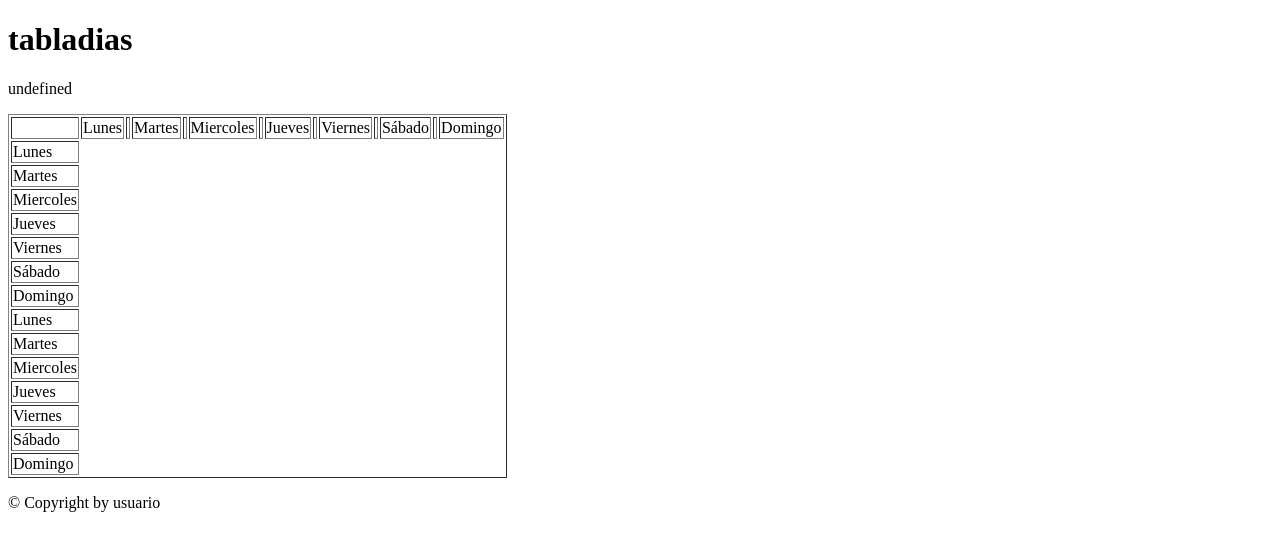
Repository: JMLobato/RolOnline
Page: Aptana Studio 3 Workspace/prueba/tabladias.html
These files come from the project's save history. The page is drawn as it stood at one moment and after the next save; the edit follows.
The browser window is 1280 px wide. The pictures show the whole page.

Above is the page before, as saved 2016-12-05 12:02:45.

### Aptana Studio 3 Workspace/prueba/tabladias.html
<!DOCTYPE html>
<html lang="en">
	<head>
		<meta charset="utf-8">

		<!-- Always force latest IE rendering engine (even in intranet) & Chrome Frame
		Remove this if you use the .htaccess -->
		<meta http-equiv="X-UA-Compatible" content="IE=edge,chrome=1">

		<title>tabladias</title>
		<meta name="description" content="">
		<meta name="author" content="usuario">

		<meta name="viewport" content="width=device-width; initial-scale=1.0">

		<!-- Replace favicon.ico & apple-touch-icon.png in the root of your domain and delete these references -->
		<link rel="shortcut icon" href="/favicon.ico">
		<link rel="apple-touch-icon" href="/apple-touch-icon.png">
		<script type="text/javascript" src="prueba.js"></script>
	</head>

	<body>
		<div>
			<header>
				<h1>tabladias</h1>
			</header>
			<nav>
				<p id="yolo"></p>
				<script>
				document.getElementById("yolo").innerHTML=tabla();
				</script>
			</nav>

			<div>

			</div>

			<footer>
				<p>
					&copy; Copyright  by usuario
				</p>
			</footer>
		</div>
	</body>
</html>

### Aptana Studio 3 Workspace/prueba/prueba.js
/**
 * @author usuario
 */
function finde(N1){
if (isNaN(N1)){
	document.write( N1 + " no es un número" + "<br/>");
}
	else if ((N1>=1) && (N1<=7)) {

			if(N1>=6){document.write("Es fin de semana" + "<br/>");}

			else {document.write("No es fin de semana" + "<br/>");}
		}
		else {document.write("No es un número valido"+"<br/>");}
}

function diassemana(X){

	var dias=new Array(7);
	dias[0]="Lunes";
	dias[1]="Martes";
	dias[2]="Miercoles";
	dias[3]="Jueves";
	dias[4]="Viernes";
	dias[5]="Sábado";
	dias[6]="Domingo";

	if ((X>=1) && (X<=7)) {

			if(X>=6){document.write("Es fin de semana y el dia es "+ dias[X-1] + "<br/>");}

			else {document.write("Es entre de semana y el dia es "+ dias[X-1] + "<br/>");}
		}
	else {document.write("No es un número valido"+"<br/>");}
}
function diactual(){

	var dias=new Array(7);
	dias[0]="Lunes";
	dias[1]="Martes";
	dias[2]="Miercoles";
	dias[3]="Jueves";
	dias[4]="Viernes";
	dias[5]="Sábado";
	dias[6]="Domingo";
	var fecha=new Date();
	document.write("Hoy es "+dias[fecha.getDay()-1]);
}
function tabla(){

	var dias=new Array(7);
	dias[0]="Lunes";
	dias[1]="Martes";
	dias[2]="Miercoles";
	dias[3]="Jueves";
	dias[4]="Viernes";
	dias[5]="Sábado";
	dias[6]="Domingo";
	document.write("<table border=1>");
	for(var i=0;i<=6;i++){document.write("<th><td>"+dias[i]+"</td></th>");}
	for(var i=0;i<=6;i++){document.write("<tr><td>"+dias[i]+"</td></tr>");}
	for(var i=0;i<=6;i++){document.write("<tr><td>"+dias[i]+"</td></tr>");}
	document.write("</table>");
}

After the next save:
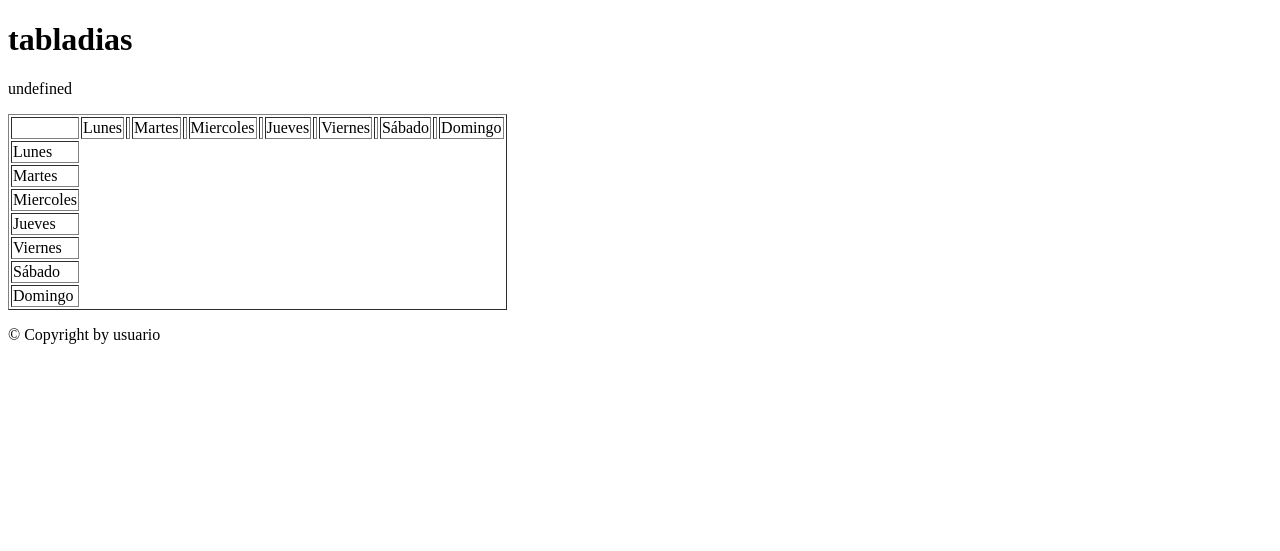
Saved 15 s later.
--- a/Aptana Studio 3 Workspace/prueba/prueba.js
+++ b/Aptana Studio 3 Workspace/prueba/prueba.js
@@ -59,6 +59,5 @@ function tabla(){
 	document.write("<table border=1>");
 	for(var i=0;i<=6;i++){document.write("<th><td>"+dias[i]+"</td></th>");}
 	for(var i=0;i<=6;i++){document.write("<tr><td>"+dias[i]+"</td></tr>");}
-	for(var i=0;i<=6;i++){document.write("<tr><td>"+dias[i]+"</td></tr>");}
 	document.write("</table>");
 }
